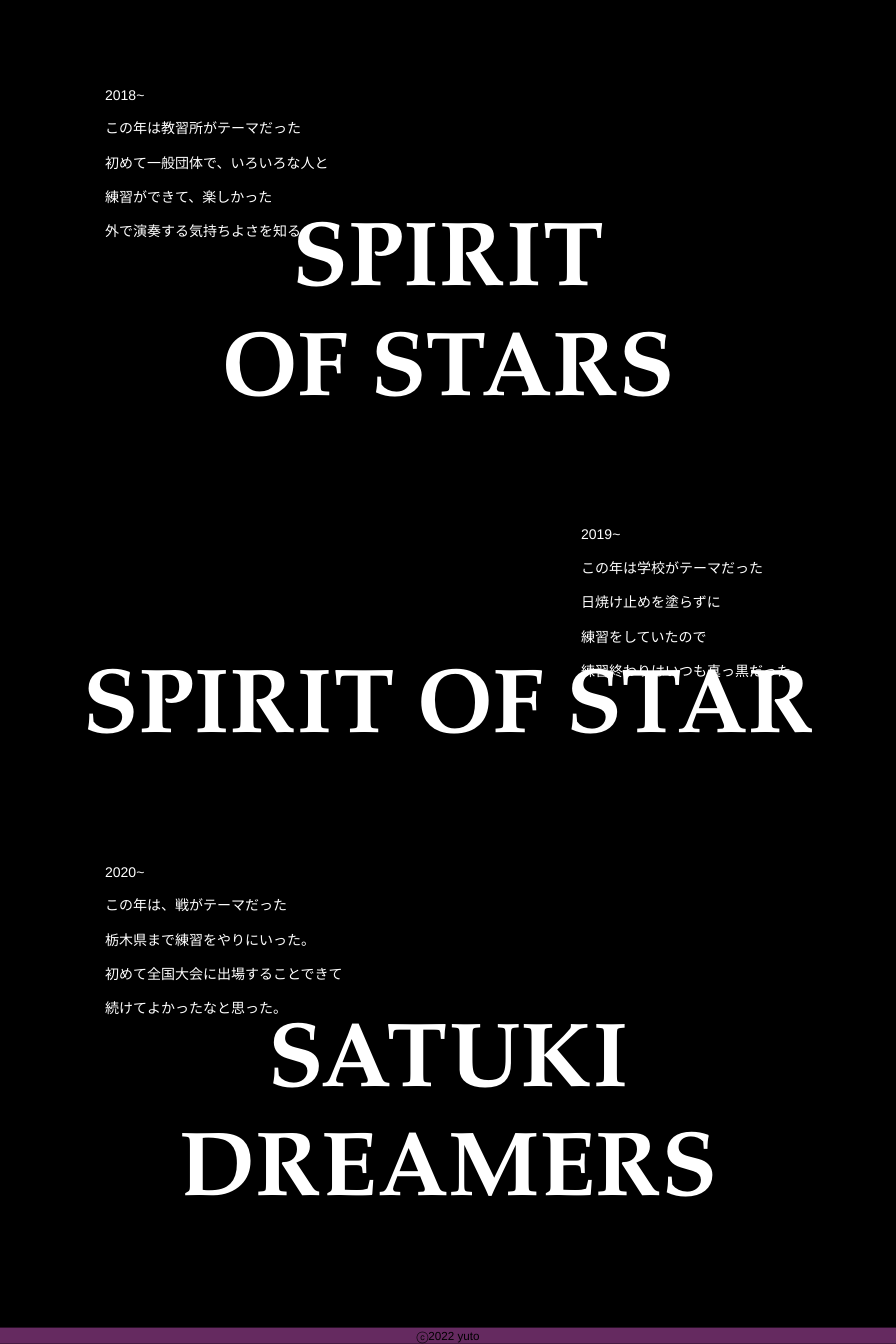
Repository: yutosoma/profile
Page: yuto/marching.html
The author's editor kept a record of every edit. The page is drawn from the files as they stood at one moment, then again after the next edit.
The browser window is 1280 px wide. The pictures show the part of the page from y = 2361 to 4281 px (the page is 4281 px tall before and 4139 px after), at 70% of full size.

Above is the page before.
Console error: TypeError: Cannot read properties of null (reading 'addEventListener')

After the next edit:
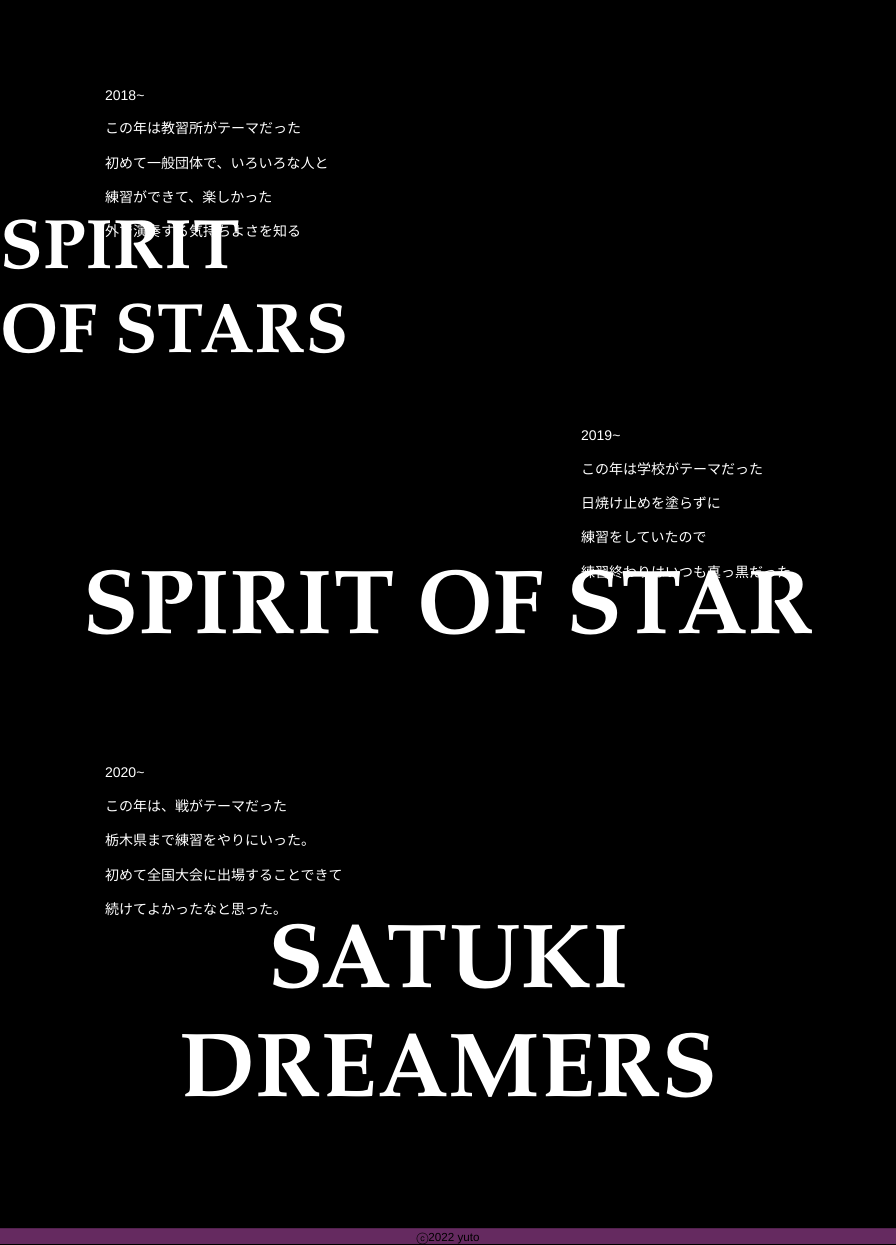
The edit:
--- a/yuto/marching.html
+++ b/yuto/marching.html
@@ -54,7 +54,7 @@
          </div>
          <P><img src="image/mar4.png" class= "mar4"></P>
     </div>
-   <h3>SPIRIT<span class="br"></span>OF STARS</h3>
+   <h3 class="left">SPIRIT<span class="br"></span>OF STARS</h3>
 
     <div class ="top-container-left">
          <P><img src="image/mar5.png" class= "mar5"></P>
